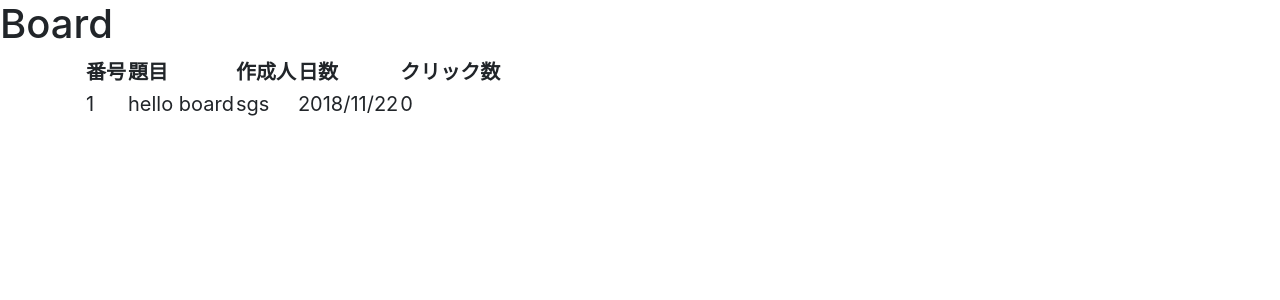
Repository: songgisung/study_web
Page: 20181126/test/board/WebContent/board.html
These files come from the project's save history. The page is drawn as it stood at one moment and after a run of saves; the edit follows.
The browser window is 1280 px wide. The pictures show the whole page.

Above is the page before, as saved 2018-11-26 01:41:11.

### 20181126/test/board/WebContent/board.html
<!DOCTYPE html>
<html>
	<head>
		<meta charset="UTF-8">
		<meta name="viewport" content="width=device-width, initial-scale=1, shrink-to-fit=no">
		<title>Insert title here</title>

		<link rel="stylesheet" href="https://stackpath.bootstrapcdn.com/bootstrap/4.1.3/css/bootstrap.min.css" integrity="sha384-MCw98/SFnGE8fJT3GXwEOngsV7Zt27NXFoaoApmYm81iuXoPkFOJwJ8ERdknLPMO" crossorigin="anonymous">
		<link rel="stylesheet" href="css/board.css">
	</head>
<body>
	<h1>Board</h1>
	<div class="container">
		<table class="table_">
			<tr>
				<th>番号</th>
				<th>題目</th>
				<th>作成人</th>
				<th>日数</th>
				<th>クリック数</th>
			</tr>
			<tr>
				<td>1</td>
				<td>hello board</td>
				<td>sgs</td>
				<td>2018/11/22</td>
				<td>0</td>
			</tr>
		</table>
	</div>
	<script src="https://code.jquery.com/jquery-3.3.1.slim.min.js" integrity="sha384-q8i/X+965DzO0rT7abK41JStQIAqVgRVzpbzo5smXKp4YfRvH+8abtTE1Pi6jizo" crossorigin="anonymous"></script>
	<script src="https://cdnjs.cloudflare.com/ajax/libs/popper.js/1.14.3/umd/popper.min.js" integrity="sha384-ZMP7rVo3mIykV+2+9J3UJ46jBk0WLaUAdn689aCwoqbBJiSnjAK/l8WvCWPIPm49" crossorigin="anonymous"></script>
	<script src="https://stackpath.bootstrapcdn.com/bootstrap/4.1.3/js/bootstrap.min.js" integrity="sha384-ChfqqxuZUCnJSK3+MXmPNIyE6ZbWh2IMqE241rYiqJxyMiZ6OW/JmZQ5stwEULTy" crossorigin="anonymous"></script>
</body>
</html>

### 20181126/test/board/WebContent/css/board.css
@charset "UTF-8";

.table_{

	margin:0px;
	font-size: 20px;
}
.cell{

}
.table_.th{
	padding-left: 0px;
	margin:10px;
	border:3px black solid;
}

After the next 2 saves:
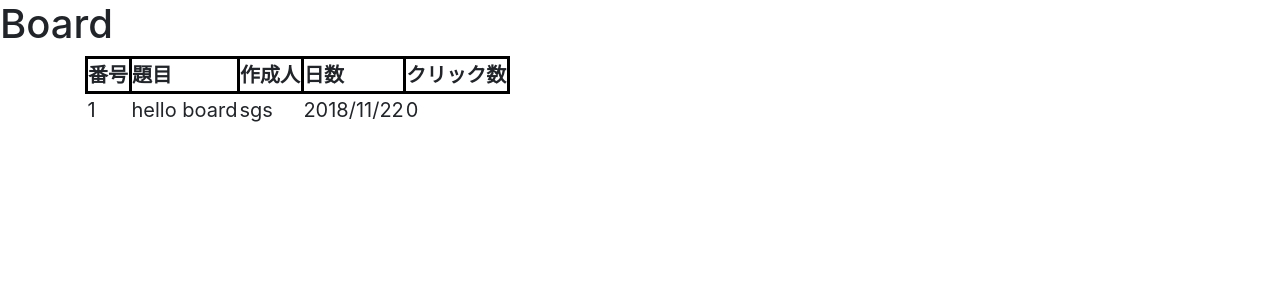
The 2 saves are shown as one change because they came seconds apart.
The last was saved 35 s later.
--- a/20181126/test/board/WebContent/css/board.css
+++ b/20181126/test/board/WebContent/css/board.css
@@ -8,7 +8,8 @@
 .cell{
 
 }
-.table_.th{
+
+.table_ th{
 	padding-left: 0px;
 	margin:10px;
 	border:3px black solid;
